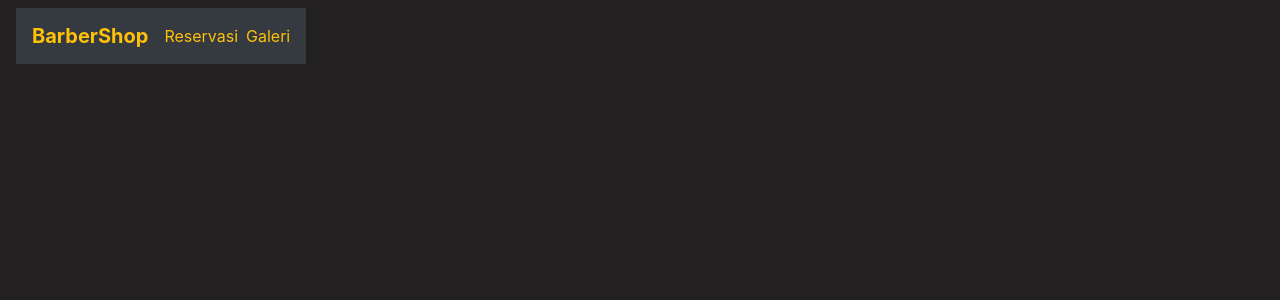
Repository: AHSANS354/Barberhop
Page: /
These files come from the project's save history. The page is drawn as it stood at one moment and after the next save; the edit follows.
The browser window is 1280 px wide. The pictures show the whole page.
The project was rebuilt for these pictures with package versions that can differ from the ones it lists, and the page was loaded fresh each time. Also part of the build but not shown: vue.config.js.

Above is the page before, as saved 2023-05-01 19:57:25.

After the next save:
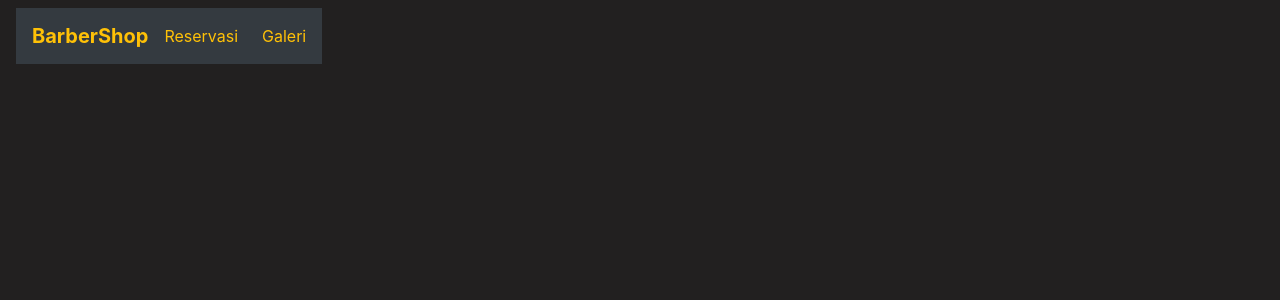
Saved 57 s later.
--- a/src/components/NavbarView.vue
+++ b/src/components/NavbarView.vue
@@ -10,7 +10,7 @@
       <b-collapse id="nav-collapse" is-nav>
         <!-- Right aligned nav items -->
         <b-navbar-nav class="ml-auto">
-          <router-link class="nav-item text-warning mr-2" to="/reservasi">
+          <router-link class="nav-item text-warning mr-4" to="/reservasi">
             Reservasi
           </router-link>
           <router-link class="nav-item text-warning" to="/">
